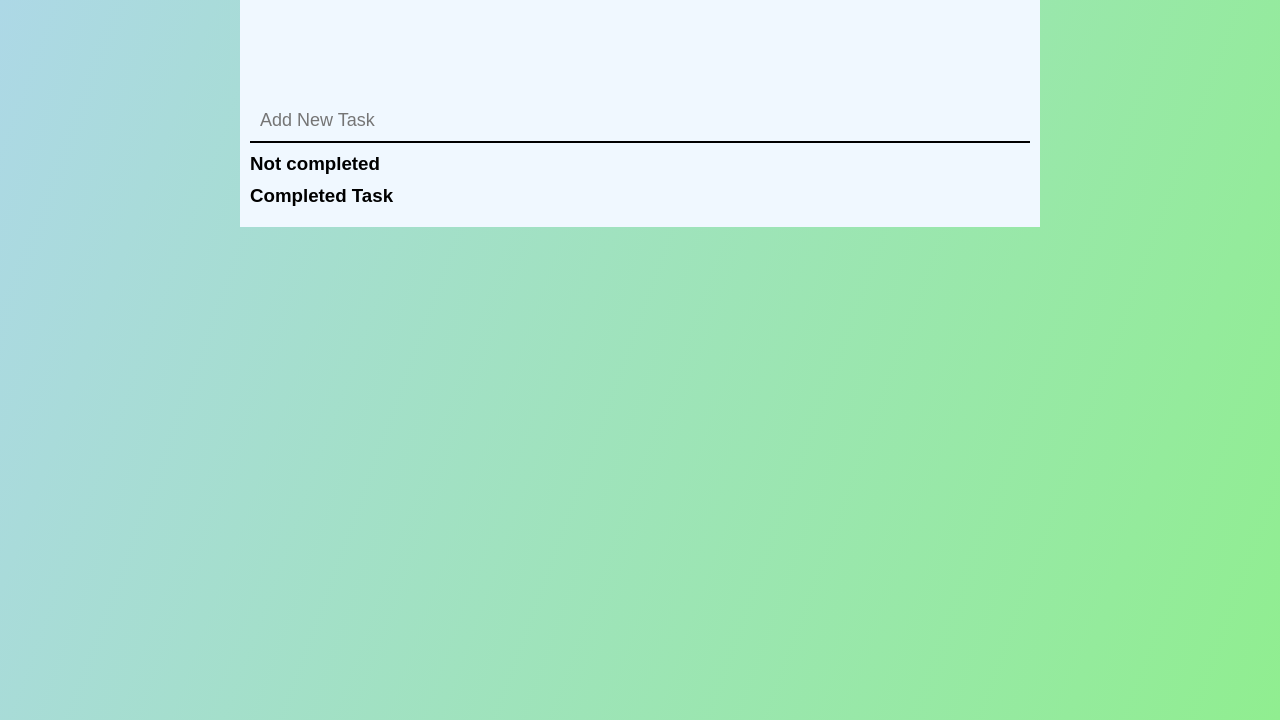
Repository: Mayur2905/OIBSIP
Page: Task-6/index.html
An editor plug-in stored every save of this project. The page is shown before and after the next save, followed by the edit.
The browser window is 1280 px wide. The pictures show the whole page.

Above is the page before, as saved 2022-02-05 20:53:26.

### Task-6/index.html
<!DOCTYPE html>
<html lang="en">
<head>
    <meta charset="UTF-8">
    <meta http-equiv="X-UA-Compatible" content="IE=edge">
    <meta name="viewport" content="width=device-width, initial-scale=1.0">
    <link rel="stylesheet" href="style.css">
    <link rel="stylesheet" href="https://cdnjs.cloudflare.com/ajax/libs/font-awesome/5.15.1/css/all.css">
    <script src="https://ajax.googleapis.com/ajax/libs/jquery/3.5.1/jquery.min.js"></script>
    <title>To Do List</title>
</head>
<body>
    <div class="container">
        <input type="text" class="textb" placeholder="Add New Task">
        <div class="notdone">
            <h3>Not completed</h3>

        </div>
        <div class="complete">
            <h3>Completed Task</h3>

        </div>
    </div>
    <script type="text/javascript">
        $(".textb").on("keyup",function(e){
            if(e.keyCode == 13 && $(".textb").val() != "")
            {
                var task =$("<div class='task'></div>").text($(".textb").val());
                var del =$("<i class='fas fa-trash-alt'></i>").click(function(){
                    var p = $(this).parent();
                    p.fadeOut(function(){
                        p.remove();
                    });
                });
                var tick =$("<i class='fas fa-check'></i>").click(function(){
                    var p =$(this).parent();
                    p.fadeOut(function(){
                        $(".complete").append(p);
                        p.fadeIn();
                    });
                    $(this).remove();
                });
                task.append(del,tick);
                $(".notdone").append(task);
                $(".texttb").val("");
            }
        });
    </script>
</body>
</html>

### Task-6/style.css
* {
  margin: 0;
  padding: 0;
  font-family: "montserrat", Arial, Helvetica, sans-serif;
  box-sizing: border-box;
}
body {
  background-image: linear-gradient(110deg, lightblue, lightgreen);
  min-height: 100vh;
}

.container {
  max-width: 800px;
  margin: auto;
  padding: 10px;
  padding-top: 100px;
  background-color: aliceblue;
}
.textb {
  width: 100%;
  border: none;
  border-bottom: 2px solid #000;
  background: none;
  padding: 10px;
  outline: none;
  font-size: 18px;
}
h3 {
  margin: 10px 0;
}
.task {
  width: 100%;
  background: rgba(255, 255, 255, 0.5);
  padding: 8px;
  margin: 8px 0;
  overflow: hidden;
}
.task i {
  float: right;
  margin-left: 20px;
  cursor: pointer;
}
.complete .task {
  background: rgba(0, 0, 0, 0.5);
  color: #ffff;
}

After the next save:
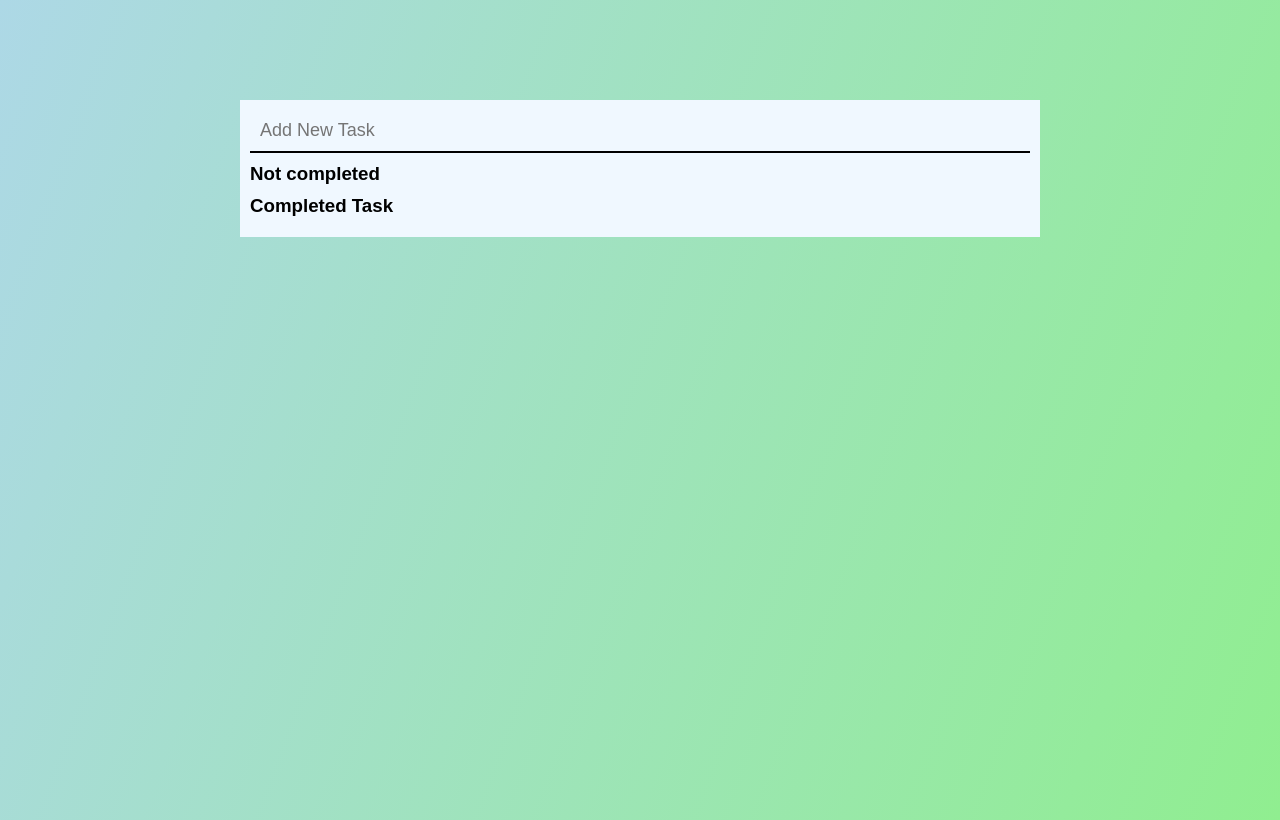
Saved 29 s later.
--- a/Task-6/style.css
+++ b/Task-6/style.css
@@ -13,7 +13,7 @@ body {
   max-width: 800px;
   margin: auto;
   padding: 10px;
-  padding-top: 100px;
+  margin-top: 100px;
   background-color: aliceblue;
 }
 .textb {
